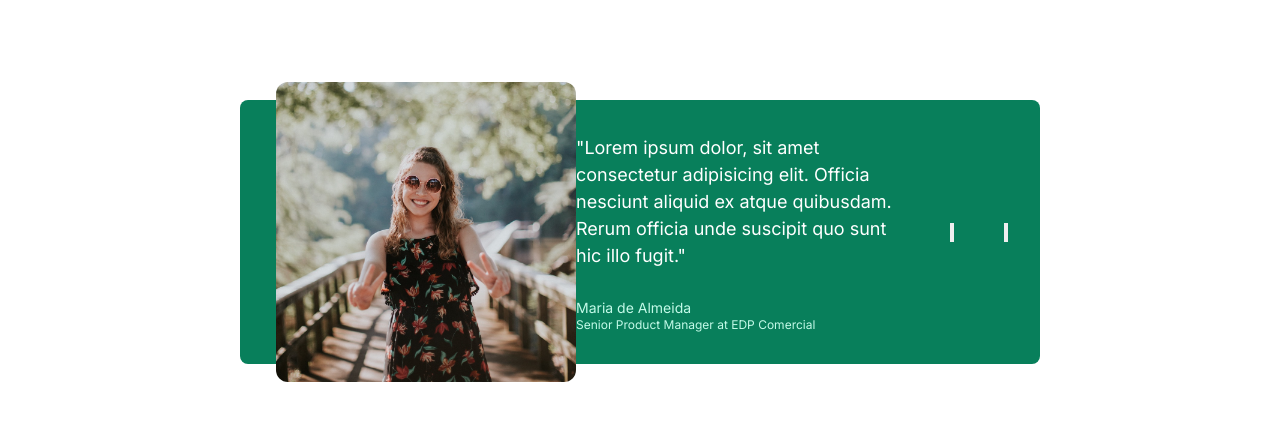
Repository: Ahmed123rezk123/06-Components
Page: carousel.html
An editor plug-in stored every save of this project. The page is shown before and after the next save, followed by the edit.
The browser window is 1280 px wide. The pictures show the whole page.

Above is the page before, as saved 2024-09-16 08:46:11.

After the next save:
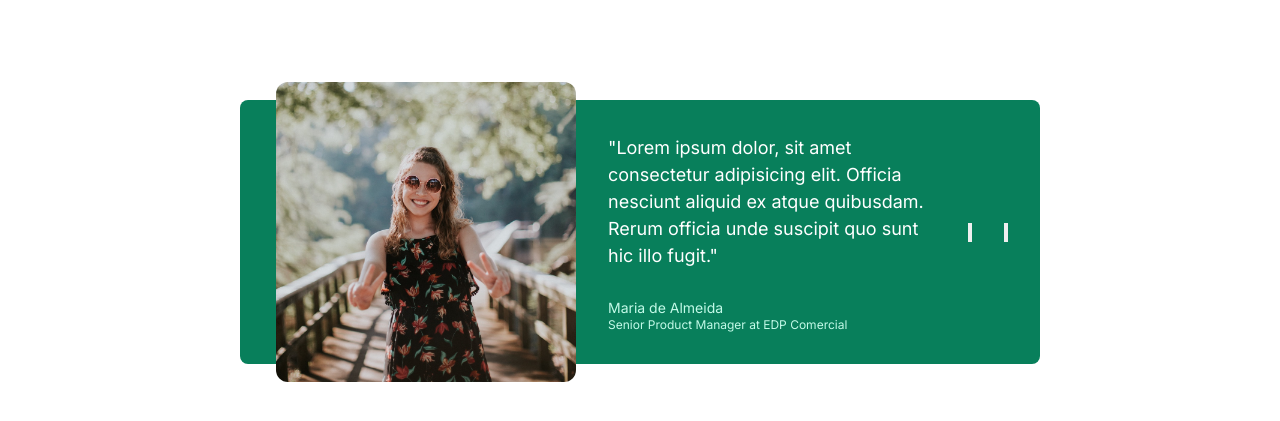
Saved 22 s later.
--- a/carousel.html
+++ b/carousel.html
@@ -31,13 +31,16 @@
         color: #fff;
         display: flex;
         align-items: center;
-        gap: 50px;
+        gap: 32px;
       }
 
       img {
         height: 200px;
         border-radius: 8px;
         transform: scale(1.5);
+      }
+      .testmonial {
+        margin-left: 50px;
       }
       .testmonial-text {
         font-size: 18px;
